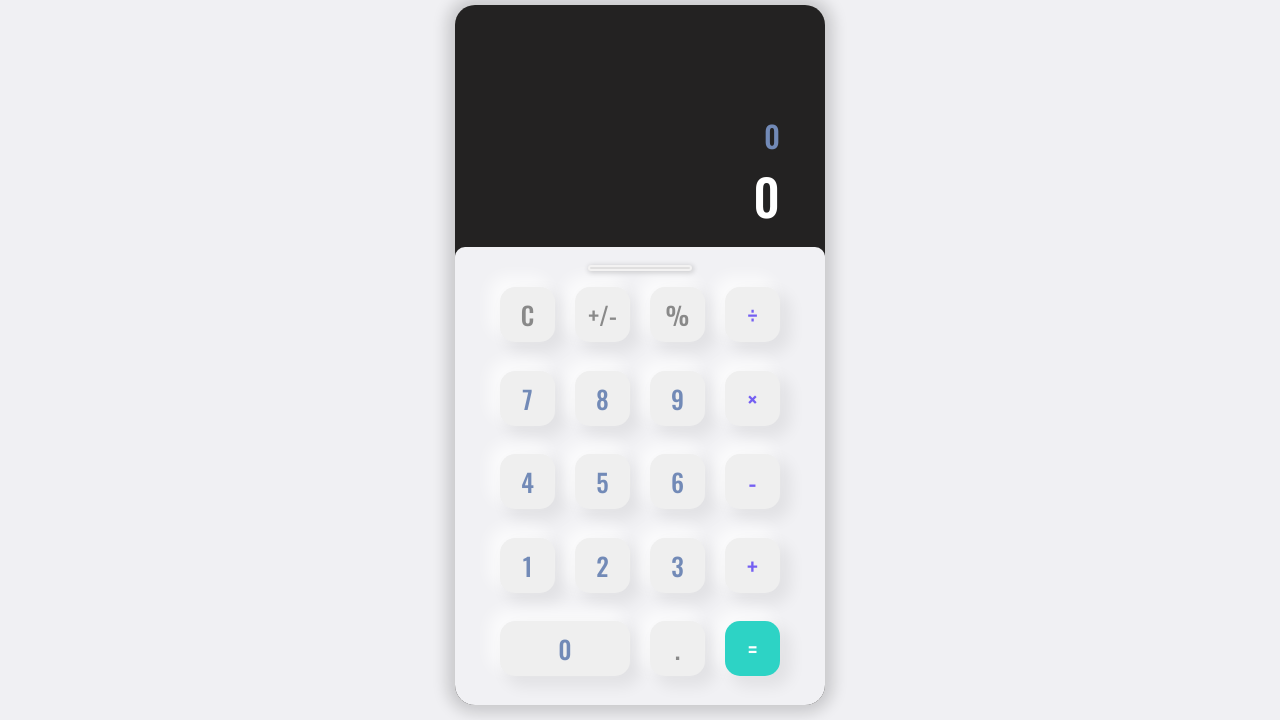
Repository: BrunoBross/calculator
Page: index.html
The author's editor kept a copy of each file at every save. The page is drawn from the files as they stood at one save, then again after the next save.
The browser window is 1280 px wide. The pictures show the whole page.

Above is the page before, as saved 2021-12-01 01:53:44.

### index.html
<!DOCTYPE html>
<html lang="en">
<head>
  <meta charset="UTF-8">
  <meta http-equiv="X-UA-Compatible" content="IE=edge">
  <meta name="viewport" content="width=device-width, initial-scale=1.0">
  <title>Calculator</title>
  <link rel="stylesheet" href="./style.css">
  <link rel="preconnect" href="https://fonts.googleapis.com">
  <link rel="preconnect" href="https://fonts.gstatic.com" crossorigin>
  <link href="https://fonts.googleapis.com/css2?family=Inter:wght@400;500;700&family=Oswald:wght@400;500&display=swap" rel="stylesheet">
</head>
<body>
  <main>
    <div class="calculator">
      <div class="view">
        <div id="history">0</div>
        <div id="result">0</div>
      </div>
      <div class="buttons">
        <div id="effect"></div>
        <button class="extra" id="reset" onclick="clicked('C')">C</button>
        <button class="extra" id="moreless" onclick="clicked('+-')">+/-</button>
        <button class="extra" id="percent" onclick="clicked('%')">%</button>
        <button class="operator" id="division" onclick="clicked('/')">÷</button>
        <button class="number" id="seven" onclick="clicked('7')">7</button>
        <button class="number" id="eight" onclick="clicked('8')">8</button>
        <button class="number" id="nine" onclick="clicked('9')">9</button>
        <button class="operator" id="multiply" onclick="clicked('*')">×</button>
        <button class="number" id="four" onclick="clicked('4')">4</button>
        <button class="number" id="five" onclick="clicked('5')">5</button>
        <button class="number" id="six" onclick="clicked('6')">6</button>
        <button class="operator" id="less" onclick="clicked('-')">-</button>
        <button class="number" id="one" onclick="clicked('1')">1</button>
        <button class="number" id="two" onclick="clicked('2')">2</button>
        <button class="number" id="three" onclick="clicked('3')">3</button>
        <button class="operator" id="plus" onclick="clicked('+')">+</button>
        <button class="number" id="zero" onclick="clicked('0')">0</button>
        <button class="extra" id="dot" onclick="clicked('.')">.</button>
        <button class="equals" id="equals" onclick="clicked('=')">=</button>
      </div>
    </div>
    <div class="frufrus">
      <div class="small-square"></div>
      <div class="square"></div>
      <div class="small-circle"></div>
      <div class="circle"></div>
      <div class="dots"></div>
      <div class="dots1"></div>
    </div>
  </main>
</body>
<script src="./script.js"></script>
</html>

### style.css
*{
  padding: 0;
  margin: 0;
  font-family: 'Oswald', sans-serif;
  font-weight: 500;
}

body{
  background-color: #F0F0F3;
}

main{
  display: flex;
  justify-content: center;
  margin-top: 100px;
}

.calculator{
  background-color: #232222;
  display: flex;
  flex-direction: column;
  width: 370px;
  height: 700px;
  border-radius: 20px;
  box-shadow: 0 0 15px 8px #0000002a;
}

.view{
  display: flex;
  flex-direction: column;
  align-items: flex-end;
  justify-content: end;
  height: 400px;
  margin-right: 45px;
  padding-bottom: 15px;
}

.view > #result{
  color: #FFF;
  font-size: 50px;
}

#history{
  font-size: 30px;
  color: #728AB7;
}

.buttons{
  padding: 20px;
  padding-top: 40px;
  background-color: #F1F1F4;
  display: flex;
  justify-content: center;
  flex-wrap: wrap;
  gap: 20px;
  height: 100%;
  border-radius: 10px 10px 20px 20px;
}

.buttons > button{
  box-shadow: 8px 8px 15px 3px #00000010, -8px -8px 15px 3px #ffffffb0;
  border: none;
  height: 55px;
  width: 55px;
  border-radius: 15px;
  cursor: pointer;
  transition: 0.3s;
  font-size: 25px;
}

button:hover{
  background-color: #cccccc;
  border: 1px solid #728AB7;
}

#zero{
  width: 130px;
}

.number{
  color: #728AB7;
}

.operator{
  color: #745FF2;
}

.equals{
  color: white;
  background-color: #2DD3C5;
}

.equals:hover{
  background-color: #28a59a;
  border: 1px solid #232222;
}

.reset{
  background-color: #a52828;
}

.extra{
  color: #898989;
}

#effect{
  background-color: rgb(224, 223, 223);
  border: 2px solid #f3f2f2;
  border-radius: 5px;
  box-shadow: 1px 1px 5px 1px #00000026;
  height: 2px;
  width: 100px;
  position: absolute;
  top: 357px;
}

.frufrus{
  height: 100%;
}

.small-square{
  height: 250px;
  width: 200px;
  position: absolute;
  border-radius: 15px;
  top: 160px;
  left: 120px;
  box-shadow: 8px 8px 15px 3px #0000001c, -8px -8px 15px 3px #ffffff;
}

.square{
  height: 300px;
  width: 300px;
  position: absolute;
  border-radius: 15px;
  top: 100px;
  right: 200px;
  box-shadow: 8px 8px 15px 3px #0000001c, -8px -8px 15px 3px #ffffff;
}

.small-circle{
  height: 200px;
  width: 200px;
  position: absolute;
  border-radius: 50%;
  bottom: 100px;
  right: 140px;
  box-shadow: 8px 8px 15px 3px #0000001c, -8px -8px 15px 3px #ffffff;
}

.circle{
  height: 300px;
  width: 300px;
  position: absolute;
  border-radius: 50%;
  bottom: 40px;
  left: 140px;
  box-shadow: 8px 8px 15px 3px #0000001c, -8px -8px 15px 3px #ffffff;
}

.dots{
  height: 300px;
  width: 300px;
  position: absolute;
  top: 35px;
  left: 685px;
  z-index: -1;
  background-image: radial-gradient(circle, #8989896b, #8989896b , transparent 30%, transparent 100%);
  background-size: 30px 30px;
}

.dots1{
  height: 300px;
  width: 300px;
  position: absolute;
  bottom: 110px;
  right: 685px;
  z-index: -1;
  background-image: radial-gradient(circle, #8989896b, #8989896b , transparent 30%, transparent 100%);
  background-size: 30px 30px;
}

@media only screen and (max-width: 1600px) {
  .frufrus{
    display: none;
  }
}

@media only screen and (max-height: 670px) {
  .frufrus{
    display: none;
  }

  main{
    margin: 5px;
  }

  #effect{
    top: 260px;
  }

  .calculator{
    height: 650px;
  }
}

@media only screen and (max-height: 812px) {
  .frufrus{
    display: none;
  }

  main{
    margin: 5px;
  }

  #effect{
    top: 265px;
  }

  .calculator{
    height: 700px;
  }
}

### script.js
const viewResult = document.querySelector('#result')
const viewHistory = document.querySelector('#history')

let operation = ''
let number = ''
let history = ''

function clicked(buttonClicked=String){

  // FAZER A SOMA FINAL
  if(buttonClicked == '='){
    operation += number
    operation = eval(operation) // REALIZAR A OPERACAO
    viewResult.innerHTML = operation
    number = operation  // TRANSFORMAR O NUMERO NO RESULTADO DA OPERACAO

    viewHistory.innerHTML = history // MOSTRA O HISTORY
    history = operation  // RESETA O HISTORY
  // INVERTER SINAL
  }else if(buttonClicked  == '+-'){
    number *= -1
    viewResult.innerHTML = number
  // ZERAR CALCULADORA
  }else if(buttonClicked == 'C'){
    operation = '0'
    number = '' // ZERAR NUMERO
    viewResult.innerHTML = operation
    operation = '' // ZERAR OPERACAO
  // PEGAR O OPERADOR
  }else if(buttonClicked == '+' || buttonClicked == '-' || buttonClicked == '*' || buttonClicked == '/'){
    operation = number + buttonClicked
    number = ''
    history += buttonClicked
  // PEGAR O NUMERO DIGITADO
  }else if(9 >= buttonClicked >= 0){
    number += buttonClicked
    viewResult.innerHTML = number
    history += buttonClicked
  }
}

After the next save:
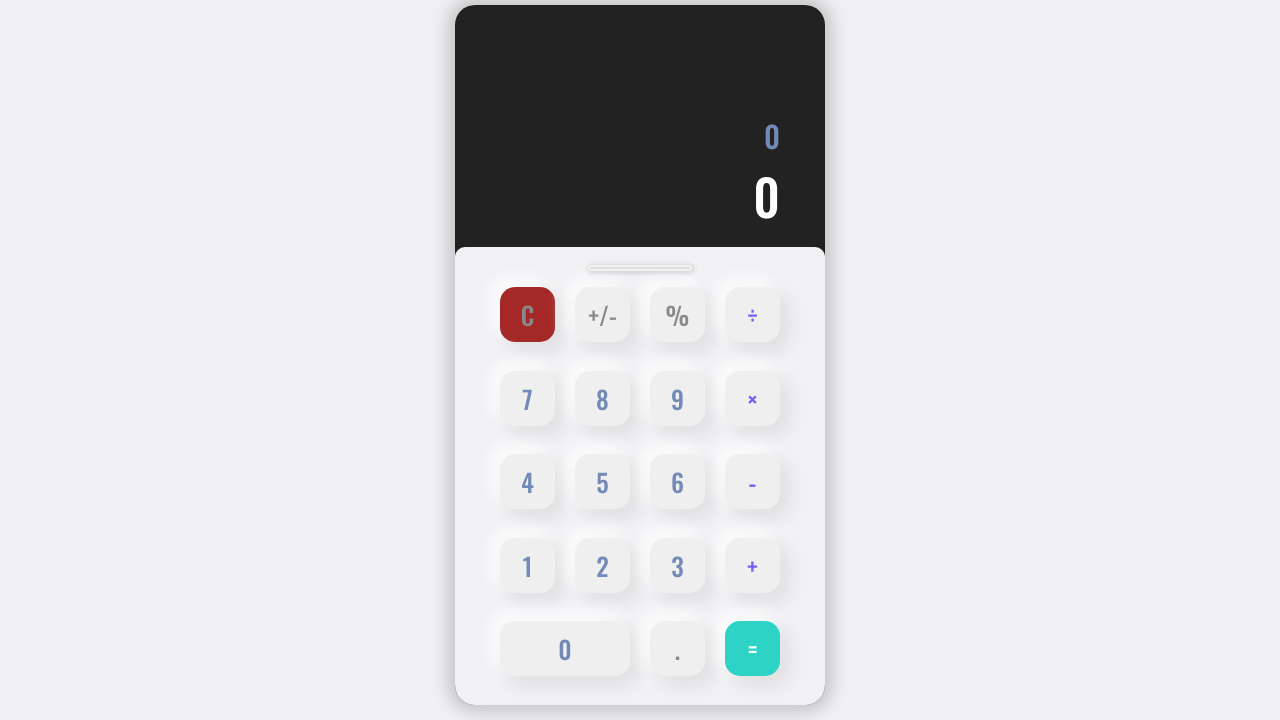
Saved 11 s later.
--- a/style.css
+++ b/style.css
@@ -95,7 +95,7 @@ button:hover{
   border: 1px solid #232222;
 }
 
-.reset{
+#reset{
   background-color: #a52828;
 }
 
